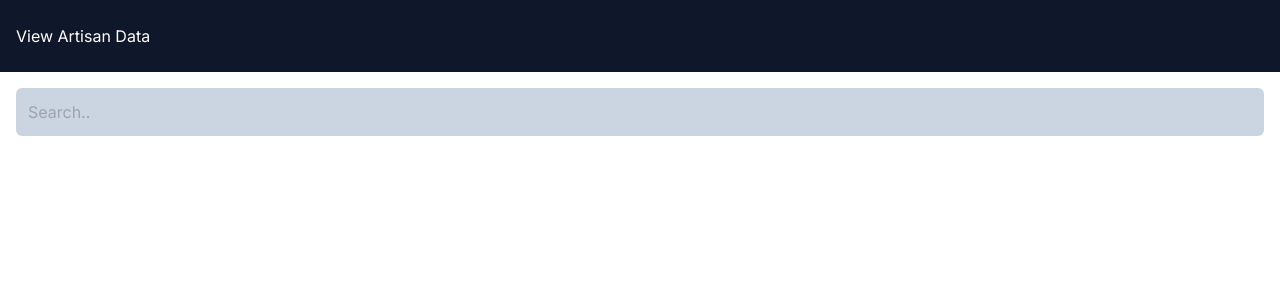
Repository: marcusdashe/artisanindex_frontend
Page: /components/ViewArtisanDataScreen
The author's editor kept a copy of each file at every save. The page is drawn from the files as they stood at one save, then again after the next save.
The browser window is 1280 px wide. The pictures show the whole page.
The project was rebuilt for these pictures with package versions that can differ from the ones it lists, and the page was loaded fresh each time. The framework's server and built-in components were replaced by stand-ins that run in the browser. Also part of the build but not shown: next.config.js.

Above is the page before, as saved 2023-03-07 13:08:05.

### pages/_document.js
import { Html, Head, Main, NextScript } from "next/document";

export default function Document() {
  return (
    <Html lang="en">
      <Head>
        <link rel="preconnect" href="https://fonts.googleapis.com" />
        <link
          rel="preconnect"
          href="https://fonts.gstatic.com"
          crossOrigin="true"
        />
        <link
          href="https://fonts.googleapis.com/css2?family=Inter:wght@100;200;300;400;500;600&display=swap"
          rel="stylesheet"
        />
      </Head>
      <body>
        <Main />
        <NextScript />
      </body>
    </Html>
  );
}

### pages/components/ViewArtisanDataScreen.js
import React from "react";

function ViewArtisanDataScreen() {
  return (
    <div className="w-full h-[100vh]">
      <div className="w-full h-[10vh] bg-slate-900 flex items-center content-center justify-start p-4">
        <h1 className="text-white">View Artisan Data</h1>
      </div>
      <div className="w-full h-[90vh] p-4 overflow-y-scroll overflow-x-hidden">
        <input
          type="text"
          placeholder="Search.."
          className="bg-slate-300 rounded-md p-3 w-full outline-none active:outline-none"
        />
      </div>
    </div>
  );
}

export default ViewArtisanDataScreen;

### styles/globals.css
@tailwind base;
@tailwind components;
@tailwind utilities;

@layer base {
  html {
    font-family: "Inter", sans-serif;
  }
}

### tailwind.config.js
/** @type {import('tailwindcss').Config} */

module.exports = {
  content: [
    "./pages/**/*.{js,ts,jsx,tsx}",
    "./components/**/*.{js,ts,jsx,tsx}",
  ],
  theme: {
    extend: {},
  },
  plugins: [],
};

Loaded but not shown: pages/_app.js (common file)

After the next save:
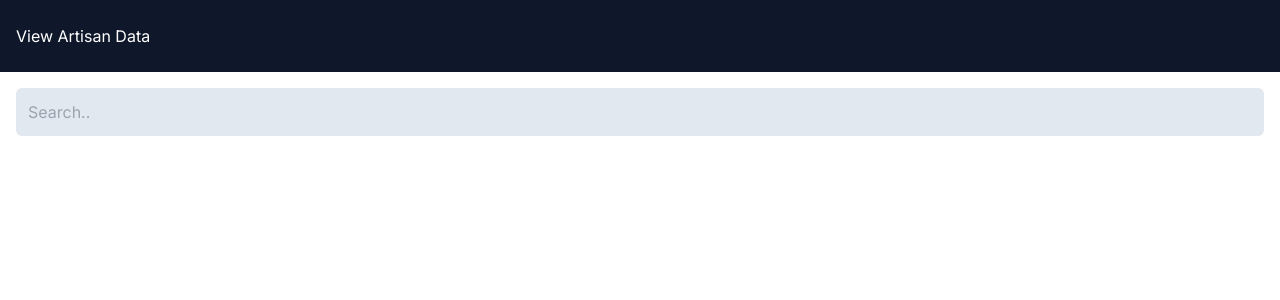
Saved 20 s later.
--- a/pages/components/ViewArtisanDataScreen.js
+++ b/pages/components/ViewArtisanDataScreen.js
@@ -10,7 +10,7 @@ function ViewArtisanDataScreen() {
         <input
           type="text"
           placeholder="Search.."
-          className="bg-slate-300 rounded-md p-3 w-full outline-none active:outline-none"
+          className="bg-slate-200 rounded-md p-3 w-full outline-none active:outline-none"
         />
       </div>
     </div>
